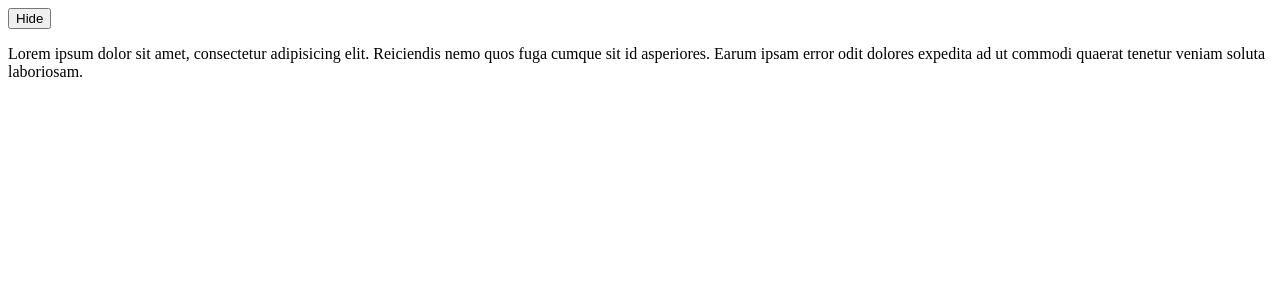
Repository: Balamurugan1914/crud_operation_without_db
Page: Java_Script_Example/src/main/webapp/eventhandling.html
The author's editor kept a copy of each file at every save. The page is drawn from the files as they stood at one save, then again after the next save.
The browser window is 1280 px wide. The pictures show the whole page.

Above is the page before, as saved 2022-06-27 12:09:16.

### Java_Script_Example/src/main/webapp/eventhandling.html
<!DOCTYPE html>
<html>
<head>
<meta charset="UTF-8">
<title>Insert title here</title>

<script type="text/javascript">

function hidepara(){

	var para1 = document.getElementById("p1")

	para1.style.display= "none"

	var showbtn = document.getElementById("hidebtn")

		showbtn.style.display= "none"

			var showbtn = document.getElementById("showbtn")

			showbtn.style.display= "block"


}

function showpara(){

	var para2 = document.getElementById("p1")

	para2.style.display= "block"



}



</script>
</head>
<body>

<button id="hidebtn" onclick="hidepara()" class="btn btn-info">Hide</button>
<button id="showbtn" onclick="showpara()" class="btn btn-info">Show</button>

<p id="p1">

Lorem ipsum dolor sit amet, consectetur adipisicing elit. Reiciendis nemo quos fuga cumque sit id asperiores.
Earum ipsam error odit dolores expedita ad ut commodi quaerat tenetur veniam soluta laboriosam.



</p>



<script type="text/javascript">

var showbtn = document.getElementById("showbtn")

showbtn.style.display= "none"

	var hidebtn = document.getElementById("hidebtn");

<!-- // calling hidePara() wil invoke the function , it will not invoked on the occurance of click event -->

hidebtn.addEventListener('click',hidepara);

hidebtn.addEventListener('click',function(){

var para1 = document.getElementById("p1")

	para1.style.display= "none"

	var showbtn = document.getElementById("hidebtn")

		showbtn.style.display= "none"

			var showbtn = document.getElementById("showbtn")

			showbtn.style.display= "block"




});


</script>






</body>
</html>

After the next save:
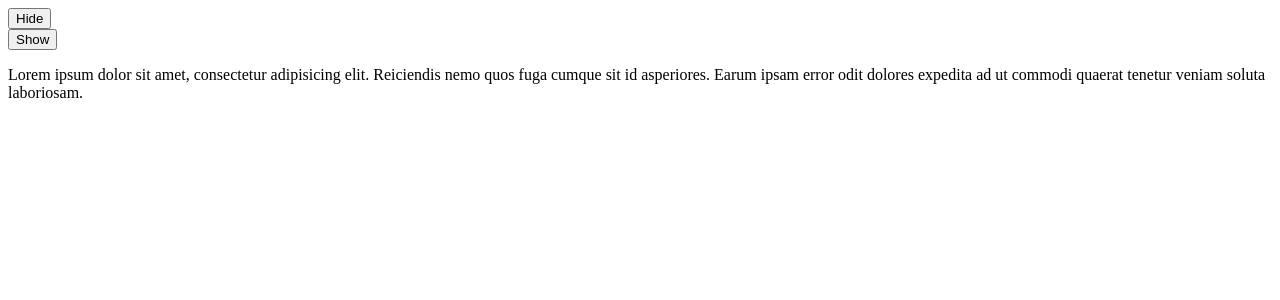
Saved 66 s later.
--- a/Java_Script_Example/src/main/webapp/eventhandling.html
+++ b/Java_Script_Example/src/main/webapp/eventhandling.html
@@ -16,9 +16,7 @@
 
 		showbtn.style.display= "none"
 
-			var showbtn = document.getElementById("showbtn")
 
-			showbtn.style.display= "block"
 
 
 }
@@ -59,6 +57,10 @@
 
 showbtn.style.display= "none"
 
+	var showbtn = document.getElementById("showbtn")
+
+	showbtn.style.display= "block"
+
 	var hidebtn = document.getElementById("hidebtn");
 
 <!-- // calling hidePara() wil invoke the function , it will not invoked on the occurance of click event -->

After the save that followed:
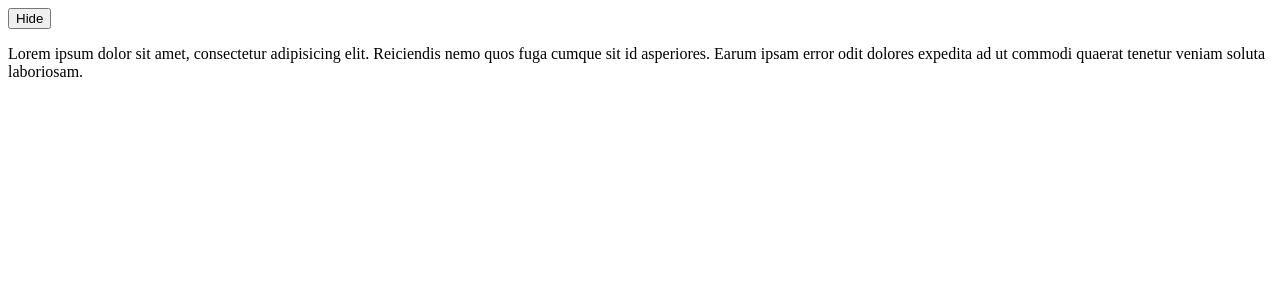
Console error: ReferenceError: hidepara is not defined
Saved 54 s later.
--- a/Java_Script_Example/src/main/webapp/eventhandling.html
+++ b/Java_Script_Example/src/main/webapp/eventhandling.html
@@ -6,7 +6,7 @@
 
 <script type="text/javascript">
 
-function hidepara(){
+/* function hidepara(){
 
 	var para1 = document.getElementById("p1")
 
@@ -16,10 +16,12 @@
 
 		showbtn.style.display= "none"
 
+			var showbtn = document.getElementById("showbtn")
+
+			showbtn.style.display= "block"
 
 
-
-}
+} */
 
 function showpara(){
 
@@ -57,9 +59,7 @@
 
 showbtn.style.display= "none"
 
-	var showbtn = document.getElementById("showbtn")
 
-	showbtn.style.display= "block"
 
 	var hidebtn = document.getElementById("hidebtn");
 
